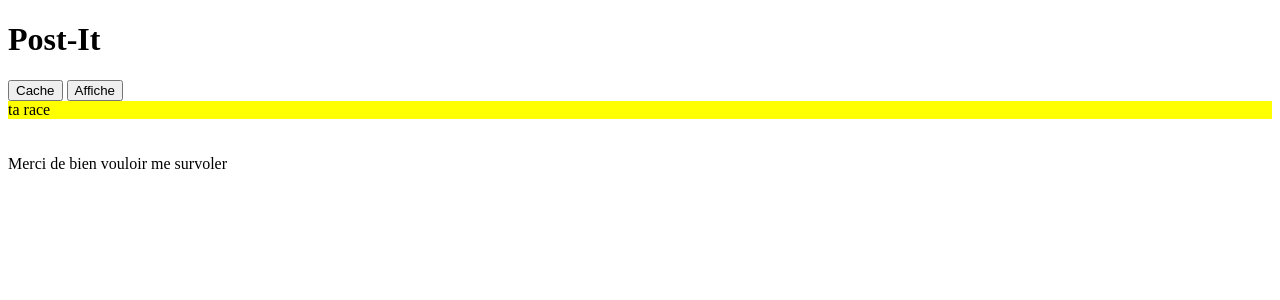
Repository: evalwebmeteofullstack/Gestion_meteo
Page: Notes/Cours + Exercices/Exercices/static/test/5em-code.html
The author's editor kept a copy of each file at every save. The page is drawn from the files as they stood at one save, then again after the next save.
The browser window is 1280 px wide. The pictures show the whole page.

Above is the page before, as saved 2019-02-04 08:30:08.

### Notes/Cours + Exercices/Exercices/static/test/5em-code.html
<!DOCTYPE HTML>
<html>
<link rel="stylesheet" type="text/css" href="style5.css" />
<head>
</head>
<body>
	<h1>Post-It</h1>
	<div id="div1">
	<input type="button" name="butCache" id="butCach" value="Cache">
	<input type="button" name="butAfficher" id="butAf" value="Affiche">
	<div id="postIt">ta race</div>
	</div>
	<br>
	<br>
	<label>Merci de bien vouloir me survoler</label>
	<script src="test5.js"></script>
</body>
</html>

### Notes/Cours + Exercices/Exercices/static/test/style5.css
#postIt{

	background-color: yellow;
}

Loaded but not shown: Notes/Cours + Exercices/Exercices/static/test/test5.js (no copy from this time; the picture is the same without it)

After the next save:
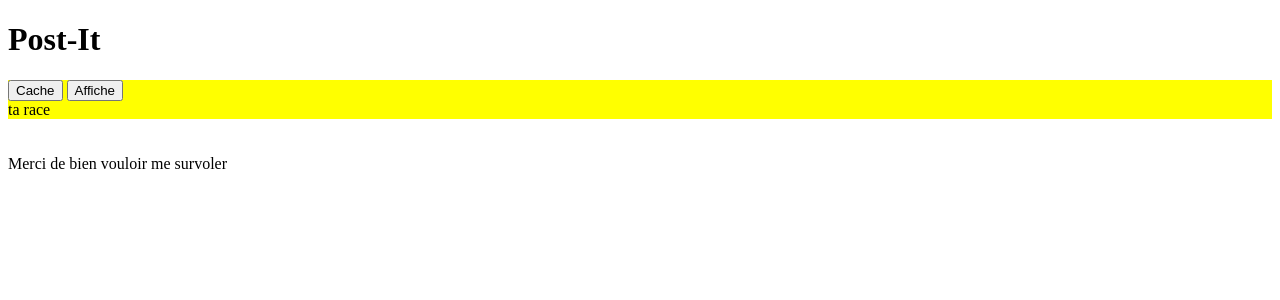
Saved 31 s later.
--- a/Notes/Cours + Exercices/Exercices/static/test/style5.css
+++ b/Notes/Cours + Exercices/Exercices/static/test/style5.css
@@ -1,4 +1,4 @@
-#postIt{
+#div1{
 
 	background-color: yellow;
 }
